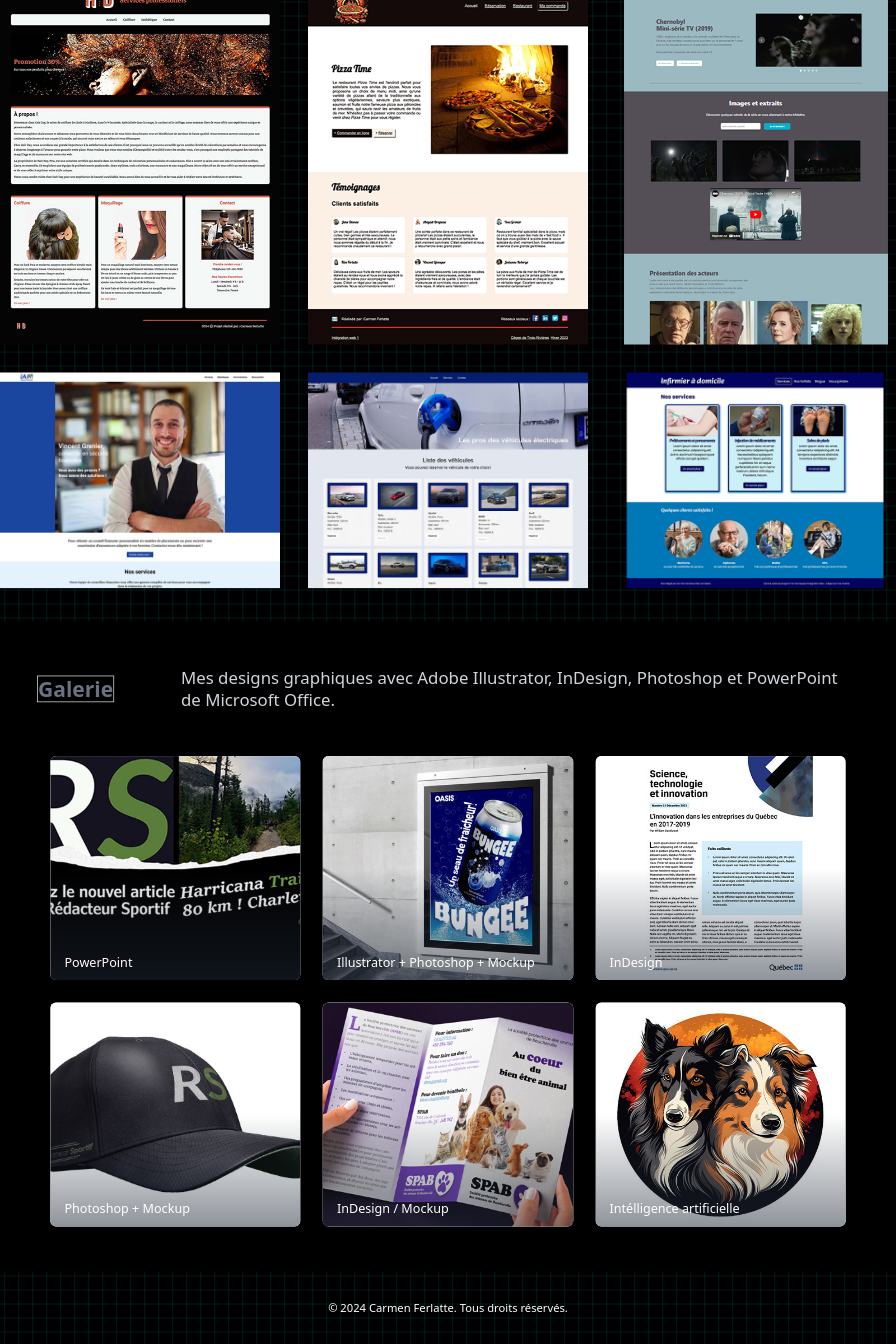
Repository: CarmenFerlatte/TP3__FerlatteCarmen
Page: realisations.html
These files come from the project's save history. The page is drawn as it stood at one moment and after the next save; the edit follows.
The browser window is 1280 px wide. The pictures show the part of the page from y = 1053 to 2973 px (the page is 2973 px tall), at 70% of full size.
Some web libraries are served in a nearby version. The style sheet was rebuilt from its Sass, Less or Tailwind sources for each picture, by a compiler version that may differ from the author's.

Above is the page before, as saved 2024-08-22 12:11:46.
Console error: TypeError: Cannot read properties of null (reading 'addEventListener')

### realisations.html
<!DOCTYPE html>
<html lang="fr-ca">
<head>
    <meta charset="UTF-8">
    <meta name="viewport" content="width=device-width, initial-scale=1.0">
    <link href="https://cdn.jsdelivr.net/npm/tailwindcss@2.2.19/dist/tailwind.min.css" rel="stylesheet">
    <title>Mon Portefolio</title>
    <script src="https://cdn.tailwindcss.com"></script>
    <link href="https://cdn.jsdelivr.net/npm/tailwindcss@2.2.19/dist/tailwind.min.css" rel="stylesheet">
    <link rel="stylesheet" href="https://cdnjs.cloudflare.com/ajax/libs/font-awesome/6.4.0/css/all.min.css">
    <link rel="stylesheet" href="style/css/style.css">
    <link rel="apple-touch-icon" sizes="180x180" href="img/favicons/apple-touch-icon.png">
    <link rel="icon" type="image/png" sizes="32x32" href="img/favicons/favicon-32x32.png">
    <link rel="icon" type="image/png" sizes="16x16" href="img/favicons/favicon-16x16.png">
    <link rel="manifest" href="img/favicons/site.webmanifest">
    <script src="https://code.jquery.com/jquery-3.6.0.min.js"></script>
    <script src="js/navbar.js" defer></script>
    <script src="js/script.js" defer></script>
    <script src="js/header.js" defer></script>
    <script src="js/install.js" defer></script>
    <script>
        $(function(){
            $("#header").load("assets/php/header.html");
            $("#footer").load("assets/php/footer.html");
        });
    </script>
</head>

<body class="bg-black text-white h-dvh">
    <header id="header"></header>

<main>
    <section class="md:h-full bg-black text-white py-8 sm:py-11 lg:py-12">
         <h1 class="text-2xl md:text-3xl lg:text-4xl xl:text-5xl font-bold text-center mt-20 border">Mes Réalisations</h1>
    <div class="container flex justify-center items-center mx-auto px-4 py-10 sm:py-20 md:py-4">

        <p class="text-sm sm:text-md md:text-base lg:text-1xl xl:text-2xl leading-6 text-left lg:py-20 px-5 md:px-2 lg:px-1 2xl:px-0 text-gray-200 border">Passionnée par le développement web 🖥  et le design 🎨, j'ai réalisé divers projets mettant en œuvre mes compétences 📑  en HTML , CSS, JavaScript et React. Ces technologies 👩‍💻 me permettent de créer des interfaces dynamiques 🚀 et interactives, alliant esthétisme et fonctionnalité. Parallèlement, j'explore ma créativité à travers des travaux de design élaborés avec la suite Adobe, où je m'applique avec enthousiasme 😃  à transformer des idées en visuels percutants. Mon approche multidisciplinaire me permet d'allier techniques de programmation et sens de l'esthétique <span><img class="w-7 inline-block align-middle" src="img/icons/design_web.svg" alt="icone design web"></span> , garantissant des projets non seulement performants mais également visuellement 👀 attrayants.  </p>

    </div>

<div class="container mx-auto px-4 py-1 md:py-5 md:mb-0 mt-[-10px] md:mt-0">
    <div class="grid grid-cols-12 gap-4 flex items-stretch px-5 md:px-2 lg:px-1">
        <div class="col-span-12 md:col-span-6 lg:col-span-4">
            <a href="#projets" title="Voir les projets">
                <div class="relative group cursor-pointer bg-gray-800 p-6 rounded-lg shadow-lg hover:bg-gray-700 hover:shadow-xl transition duration-300">
                    <h3 class="text-lg md:text-1xl lg:text-2xl font-bold text-gray-200">Développement Web</h3>
                    <p class="text-base md:text-lg lg:text-1xl  text-gray-300 mt-4 mb-1">Projets réalisés en HTML, CSS, JavaScript et React.</p>
                    <p class="flex">
                        <img src="img/icons/html5_icon.svg" alt="HTML5 icône" class="w-8 h-8 mt-2 mx-1">
                        <img src="img/icons/css3_icon.svg" alt="CSS3 icône" class="w-8 h-8 mt-2 mx-1">
                        <img src="img/icons/javascript_icon.svg" alt="JavaScript icône" class="w-7 h-7 mt-3 mx-1">
                        <img src="img/icons/react_native_icon.svg" alt="React icône" class="w-8 h-8 mt-3 mx-1">
                    </p>
                </div>
            </a>
        </div>

        <div class="col-span-12 md:col-span-6 lg:col-span-4 flex flex-col">
            <a href="#galerie" title="Voir les designs" class="flex-grow">
                <div class="relative group cursor-pointer bg-gray-800 p-6 rounded-lg shadow-lg hover:bg-gray-700 hover:shadow-xl transition duration-300 flex flex-col">
                    <h3 class="text-lg md:text-1xl lg:text-2xl font-bold text-gray-200 group">Design Graphique</h3>
                    <p class="text-base md:text-lg lg:text-1xl text-gray-300 mt-4 mb-1">Designs graphiques avec la suite Adobe et PowerPoint.</p>
                    <div class="flex">
                        <img src="img/icons/adobe-illustrator_icon.svg" alt="Illustrator icône" class="w-8 h-8 mt-2 mx-1">
                        <img src="img/icons/adobe_photoshop_icon.svg" alt="Photoshop icône" class="w-8 h-8 mt-2 mx-1">
                        <img src="img/icons/adobe_indesign_icon.svg" alt="InDesign icône" class="w-8 h-8 mt-2 mx-1">
                        <img src="img/icons/adobe-xd_icon.svg" alt="XD icône" class="w-8 h-8 mt-2 mx-1">
                        <img src="img/icons/Adobe_Acrobat_Reader_icon.svg" alt="Acrobat Reader icône" class="w-6 h-6 mt-3 mx-1">
                        <img src="img/icons/microsoft_powerpoint_icon.svg" alt="PowerPoint icône" class="w-8 h-8 mt-2 mx-1">
                    </div>
                </div>
            </a>
        </div>

        <div class="col-span-12 md:col-span-6 lg:col-span-4 flex flex-col">
            <a href="#galerie" title="Voir les projets" class="flex-grow">
                <div class="relative group cursor-pointer bg-gray-800 p-6 rounded-lg shadow-lg hover:bg-gray-700 hover:shadow-xl transition duration-300 flex flex-col">
                    <h3 class="text-lg md:text-1xl lg:text-2xl font-bold text-gray-200">Intelligence Artificielle</h3>
                    <p class="text-base md:text-lg lg:text-2xl text-gray-300 mt-4 mb-1">Création de logos avec l'intelligence artificielle.</p>
                    <div class="flex">
                        <img src="img/icons/intelligence_artificielle_icon.svg" alt="PowerPoint icône" class="w-8 h-8 mt-2 mx-1">
                    </div>
                </div>
            </a>
        </div>
    </div>
</div>


    </section>

    <section class="cyber-grid h-full">
        <div class="w-10/12 lg:w-11/12 mx-auto pt-10 flex items-end space-x-4">
            <h2 id="projets" class="text-2xl md:text-3xl lg:text-4xl font-bold text-gray-500 lg:text-3xl dark:text-white">Projets</h2>
            <p class="text-1xl md:text-2xl text-gray-300 dark:text-gray-300">
                Projets réalisés en html, css et JavaScript.
                </p>
        </div>
    <div class="container mx-auto py-8 md:mt-2 px-2 md:px-2 lg:px-0">

        <div class="grid grid-cols-1 md:grid-cols-2 lg:grid-cols-3 gap-10 p-4 w-full mx-auto place-items-start px-10 sm:px-0">
            <img class="hover:opacity-75" src="img/screenshots/2024__projet__salon_de_coiffure.jpg" alt="image">
            <img class="hover:opacity-75" src="img/screenshots/2024__projet__restaurant.png" alt="image">
            <img class="hover:opacity-75" src="img/screenshots/2024__projet_cinema.png" alt="image">
            <img class="hover:opacity-75" src="img/screenshots/2024__projet__vincent_grenier_w600.jpg" alt="image">
            <img class="hover:opacity-75" src="img/screenshots/mon_premier_projet_react.jpg" alt="image">
            <img class="hover:opacity-75" src="img/screenshots/2023__projet__soins_infirmiers.png" alt="image">
        </div>
    </div>
</section>
    <section class="dark:bg-gray-800 h-full">

        <div class="w-10/12 lg:w-11/12 mx-auto my-16 flex items-center space-x-4">

            <h2 id="galerie" class="text-3xl md-text-4xl font-bold text-gray-500 dark:text-white border">Galerie</h2>

            <p class="text-1xl md:text-2xl text-gray-300 dark:text-gray-300 lg:pl-20">
                Mes designs graphiques avec Adobe Illustrator, InDesign, Photoshop et PowerPoint de Microsoft Office.
            </p>
        </div>

    <div class="mx-auto h-auto max-w-screen-2xl px-4 md:px-8 mb-16 mt-auto">

        <div class="grid grid-cols-1 md:grid-cols-2 lg:grid-cols-3 mx-10 gap-4 md:gap-6 xl:gap-8">
            <!-- image - start -->
            <a href="https://le-redacteur-sportif.ca/harricana_trail_2023.html" title="Le Rédacteur Sportif" target="_blank" rel="noopener noreferrer"
                class="group relative flex items-end h-72 md:h-80 overflow-hidden rounded-lg bg-gray-100 shadow-lg">
                <img src="img/design/harricana_trail_80km__charlevoix__Vincent_Greniert.jpg" loading="lazy" alt="Projet Carmen Ferlatte Adobe InDesign (brochure)" class="absolute inset-0 h-full w-full object-cover object-center transition duration-200 group-hover:scale-110">

                <div
                    class="pointer-events-none absolute inset-0 bg-gradient-to-t from-gray-800 via-transparent to-transparent opacity-50">
                </div>

                <span class="relative ml-4 mb-3 inline-block text-sm text-white md:ml-5 md:text-lg">PowerPoint</span>
            </a>
            <!-- image - end -->

            <!-- image - start -->
            <div
                class="group relative flex items-end h-72 md:h-48 overflow-hidden rounded-lg bg-gray-100 shadow-lg md:h-80">
                <img src="img/design/05__affiche_bungee__Carmen_Ferlatte.jpg" loading="lazy" alt="Projet Carmen Ferlatte Adobe Illustrator (affiche)" class="absolute inset-0 h-full w-full object-cover object-center transition duration-200 group-hover:scale-110">

                <div
                    class="pointer-events-none absolute inset-0 bg-gradient-to-t from-gray-800 via-transparent to-transparent opacity-50">
                </div>

                <span class="relative ml-4 mb-3 inline-block text-sm text-white md:ml-5 md:text-lg">Illustrator + Photoshop + Mockup</span>
            </div>
            <!-- image - end -->

            <!-- image - start -->
            <div
                class="group relative flex items-end h-72 md:h-48 overflow-hidden rounded-lg bg-gray-100 shadow-lg md:h-80">
                <img src="img/design/exercice_inDesign__Carmen_Ferlatte.jpg" loading="lazy" alt="Photo by Magicle" class="absolute inset-0 h-full w-full object-cover object-center transition duration-200 group-hover:scale-110">

                <div
                    class="pointer-events-none absolute inset-0 bg-gradient-to-t from-gray-800 via-transparent to-transparent opacity-50">
                </div>

                <span class="relative ml-4 mb-3 inline-block text-sm text-white md:ml-5 md:text-lg">InDesign</span>
            </div>
            <!-- image - end -->

            <!-- image - start -->
            <a href="https://le-redacteur-sportif.ca/harricana_trail_2023.html" title="Le Rédacteur Sportif" target="_blank" rel="noopener noreferrer"
                class="group relative flex items-end h-72 md:h-48 overflow-hidden rounded-lg bg-gray-100 shadow-lg md:h-80">
                <img src="img/design/casquette__RS__w1200.jpg" loading="lazy" alt="Affiche médias sociaux PowerPoint / Carmen Ferlatte" class="absolute inset-0 h-full w-full object-cover object-center transition duration-200 group-hover:scale-110">

                <div
                    class="pointer-events-none absolute inset-0 bg-gradient-to-t from-gray-800 via-transparent to-transparent opacity-50">
                </div>

                <span class="relative ml-4 mb-3 inline-block text-sm text-white md:ml-5 md:text-lg">Photoshop + Mockup</span>
            </a>
            <!-- image - end -->

            <!-- image - start -->
            <div
                class="group relative flex h-72 md:h-48 items-end overflow-hidden rounded-lg bg-gray-100 shadow-lg md:h-80">
                <img src="img/design/projet__brochure__spa__450x345.jpg" loading="lazy" alt="Brochure InDesign et Mockup / Carmen Ferlatte" class="absolute inset-0 h-full w-full object-cover object-center transition duration-200 group-hover:scale-110">

                <div
                    class="pointer-events-none absolute inset-0 bg-gradient-to-t from-gray-800 via-transparent to-transparent opacity-50">
                </div>

                <span class="relative ml-4 mb-3 inline-block text-sm text-white md:ml-5 md:text-lg">InDesign / Mockup</span>
            </div>
            <!-- image - end -->
             <!-- image - start -->
            <div
                class="group relative flex h-72 md:h-48 items-end overflow-hidden rounded-lg bg-gray-100 shadow-lg md:h-80">
                <img src="img/design/logo_colley_carmen_ferlatte.jpg" loading="lazy" alt="Logo fait avec l'Intélligence artificielle / Carmen Ferlatte" class="absolute inset-0 h-full w-full object-cover object-center transition duration-200 group-hover:scale-110">

                <div
                    class="pointer-events-none absolute inset-0 bg-gradient-to-t from-gray-800 via-transparent to-transparent opacity-50">
                </div>

                <span class="relative ml-4 mb-3 inline-block text-sm text-white md:ml-5 md:text-lg">Intélligence artificielle</span>
            </div>
            <!-- image - end -->
        </div>
    </div>
</section>
</main>

   <footer id="footer" class="block clear-both mt-16"></footer>
</body>
</html>

### js/header.js
// Header and footer loading script

$(function () {
    $('#header').load('assets/php/header.html', function() {
        let navbar = document.querySelector('.bg-animated');
        if (navbar) {
            let lastScrollTop = 0;

            window.addEventListener('scroll', function () {
                let scrollTop = window.scrollY || document.documentElement.scrollTop;
                if (scrollTop > lastScrollTop) {
                    // Scroll down
                    navbar.classList.add('navbar-hidden');
                } else {
                    // Scroll up
                    navbar.classList.remove('navbar-hidden');
                }

                    lastScrollTop = scrollTop;
            });
        } else {
            console.error('Navbar not found');
        }
    });
    $('#footer').load('assets/php/footer.html', function (response, status, xhr) {
        if (status === "error") {
            console.error("Erreur de chargement du pied de page: " + xhr.status + " " + xhr.statusText);
        } else {
            console.log("Le pied de page a été chargé avec succès");
        }
    });
});

### js/install.js
// Description: Script pour l'installation de la PWA

let deferedInstallPrompt = null;
    const installButton = document.getElementById('butInstall');

    installButton.addEventListener('click', installPWA);

    window.addEventListener('beforeInstallPrompt', afficherButtonInstall);

    function afficherBoutonInstall(evt) {
        deferedInstallPrompt = evt;
        installButton.removeAttribute('hidden');
    }

    function installPWA(evt) {
        deferedInstallPrompt.prompt();
        evt.srcElement.setAttribute('hidden', true);
        deferedInstallPrompt.userChoice
            .then((choice) => {
                if (choice.outcome === 'accepted') {
                    console.log("L'usager a installé la PWA VIA le mon bouton d'installation", choice);
                } else {
                    console.log("Lusager a refusé l'installation de la PWA VIA le boutton d'installation", choice);
                }
                deferedInstallPrompt = null;
            });

        function logAppInstalled(evt) {
            console.log("L'usager a installé la PWA VIA Les ... de Chrome");
    }
 };

### assets/php/header.html
<header>
  <nav class="bg-animated cyber-grid fixed w-full z-50">
    <div class="w-full mx-auto px-6 md:px-10">
      <div class="flex justify-between items-center py-6">
        <a
          href="index.html"
          class="text-xl sm:text-1xl lg:text-2xl font-bold neon-text glitch-effect"
          data-text="Carmen Ferlatte"
          >Carmen Ferlatte</a
        >
        <label for="menu-toggle">Portefolio</label>
        <input type="checkbox" id="menu-toggle" class="hidden" />
        <label for="menu-toggle" class="menu-icon cursor-pointer md:hidden">
          <span class="hamburger"></span>
        </label>
        <ul class="menu hidden md:flex md:items-center space-x-10">
          <li>
            <a href="index.html" class="nav-link" data-text="Accueil"
              >Accueil</a
            >
          </li>
          <li>
            <a
              href="realisations.html"
              class="nav-link"
              data-text="Réalisations"
              >Réalisations</a
            >
          </li>
          <li>
            <a href="contact.html" class="nav-link" data-text="Contact"
              >Contact</a
            >
          </li>
          <!-- <li><a href="#" class="bg-gradient-to-r from-cyan-500 to-blue-500 text-white font-bold py-2 px-4 rounded hover:from-cyan-600 hover:to-blue-600 transition-all duration-300">Sign Up</a></li> -->
        </ul>
      </div>
    </div>
  </nav>
</header>

### assets/php/footer.html
<footer class="cyber-grid">
    <div class="container mx-auto px-4 py-10">
        <p class="text-center text-white">© 2024 Carmen Ferlatte. Tous droits réservés.</p>
   </div>
</footer>

### style/sass/style.scss
@use "navbar" as *;

### style/sass/_navbar.scss
@keyframes neon-pulse {
    0%, 100% {
        text-shadow: 0 0 5px #fff, 0 0 10px #fff, 0 0 15px #fff, 0 0 20px #0891b2, 0 0 35px #0891b2, 0 0 40px #0891b2, 0 0 50px #0891b2, 0 0 75px #0891b2;
    }
    50% {
        text-shadow: 0 0 2px #fff, 0 0 5px #fff, 0 0 7px #fff, 0 0 10px #0891b2, 0 0 17px #0891b2, 0 0 20px #0891b2, 0 0 25px #0891b2, 0 0 37px #0891b2;
    }
}

.neon-text {
    animation: neon-pulse 1.5s infinite alternate;
}

.bg-animated {
    background: linear-gradient(-45deg, #000000, #1a1a1a, #000033, #003366);
    background-size: 400% 400%;
    animation: gradient 15s ease infinite;
}

@keyframes gradient {
    0% { background-position: 0% 50%; }
    50% { background-position: 100% 50%; }
    100% { background-position: 0% 50%; }
}

.cyber-grid {
    background-image:
        linear-gradient(rgba(0, 255, 255, 0.1) 1px, transparent 1px),
        linear-gradient(90deg, rgba(0, 255, 255, 0.1) 1px, transparent 1px);
    background-size: 20px 20px;
    animation: cyber-grid-move 20s linear infinite;
}

@keyframes cyber-grid-move {
    0% { background-position: 0 0; }
    100% { background-position: 20px 20px; }
}



.nav-link {
    position: relative;
    overflow: hidden;

        &::before {
            content: '';
            position: absolute;
            bottom: 0;
            left: 0;
            width: 100%;
            height: 2px;
            background-color: #0891b2;
            transform: translateX(-100%);
            transition: transform 0.3s ease;
        }

       &:hover::before {
            transform: translateX(0);
        }

        &::after {
            content: attr(data-text);
            position: absolute;
            top: 0;
            left: 0;
            width: 100%;
            height: 100%;
            display: flex;
            align-items: center;
            justify-content: center;
            transform: translateY(100%);
            background: linear-gradient(to bottom, #0891b2, #3e43cb);
            -webkit-background-clip: text;
            background-clip: text;
            -webkit-text-fill-color: transparent;
            transition: transform 0.3s ease;
        }

        &:hover::after {
            transform: translateY(0);
        }
}


.glitch-effect {
    position: relative;

    &::before,
    &::after {
        content: attr(data-text);
        position: absolute;
        top: 0;
        left: 0;
        width: 100%;
        height: 100%;
        opacity: 0.8;
    }

    &::before {
        left: 2px;
        text-shadow: -2px 0 #ff00de;
        clip: rect(24px, 550px, 90px, 0);
        animation: glitch-anim 3s infinite linear alternate-reverse;
    }

    &::after {
        left: -2px;
        text-shadow: -2px 0 #0891b2;
        clip: rect(85px, 550px, 140px, 0);
        animation: glitch-anim 2s infinite linear alternate-reverse;
    }

}



@keyframes glitch-anim {
    0% { clip: rect(39px, 9999px, 71px, 0); }
    20% { clip: rect(3px, 9999px, 5px, 0); }
    40% { clip: rect(6px, 9999px, 38px, 0); }
    60% { clip: rect(13px, 9999px, 43px, 0); }
    80% { clip: rect(44px, 9999px, 93px, 0); }
    100% { clip: rect(54px, 9999px, 47px, 0); }
}

#menu-toggle {
    &:checked {
        ~ .menu {
            display: block;
        }

        ~ .menu-icon {
            .hamburger {
                transform: rotate(45deg);

                &::before {
                    transform: translateY(8px) rotate(90deg);
                }

                &::after {
                    transform: translateY(-8px) rotate(90deg);
                }
            }
        }
    }
}

.hamburger,
.hamburger::before,
.hamburger::after {
    content: '';
    display: block;
    background: #0891b2;
    height: 3px;
    width: 30px;
    transition: transform 0.5s cubic-bezier(0.23, 1, 0.32, 1);
}

.hamburger {
    &::before {
        transform: translateY(-8px);
    }

    &::after {
        transform: translateY(8px);
    }
}

@media (max-width: 768px) {
    .menu {
        position: fixed;
        top: 60px;
        left: 0;
        right: 0;
        width: 100%;
        height: 0;
        background: rgba(0, 0, 0, 0.9);
        overflow: hidden;
        transition: height 0.5s cubic-bezier(0.23, 1, 0.32, 1);
        text-align: right;
        padding-right: 20px;
        padding-top: 20px;

        a {
            display: block;
            font-size: 1.2rem;
            padding: 10px 0;
            text-decoration: underline 2px #0891b2;

            &:hover {
                color: #0891b2;
                text-decoration: none;
                cursor: pointer;
            }
        }
    }

    #menu-toggle:checked ~ .menu {
        height: calc(100vh - 60px);
    }
}

@media (max-width: 640px) {
    .no-glitch {
        animation: none !important;
    }
}

/*-------------Invisible Navbar-------------*/

.navbar-hidden {
    transform: translateY(-100%);
    transition: transform 0.3s ease-in-out;
}

Loaded but not shown: js/script.js (33 lines, source omitted); js/navbar.js (30 lines, source omitted)

After the next save:
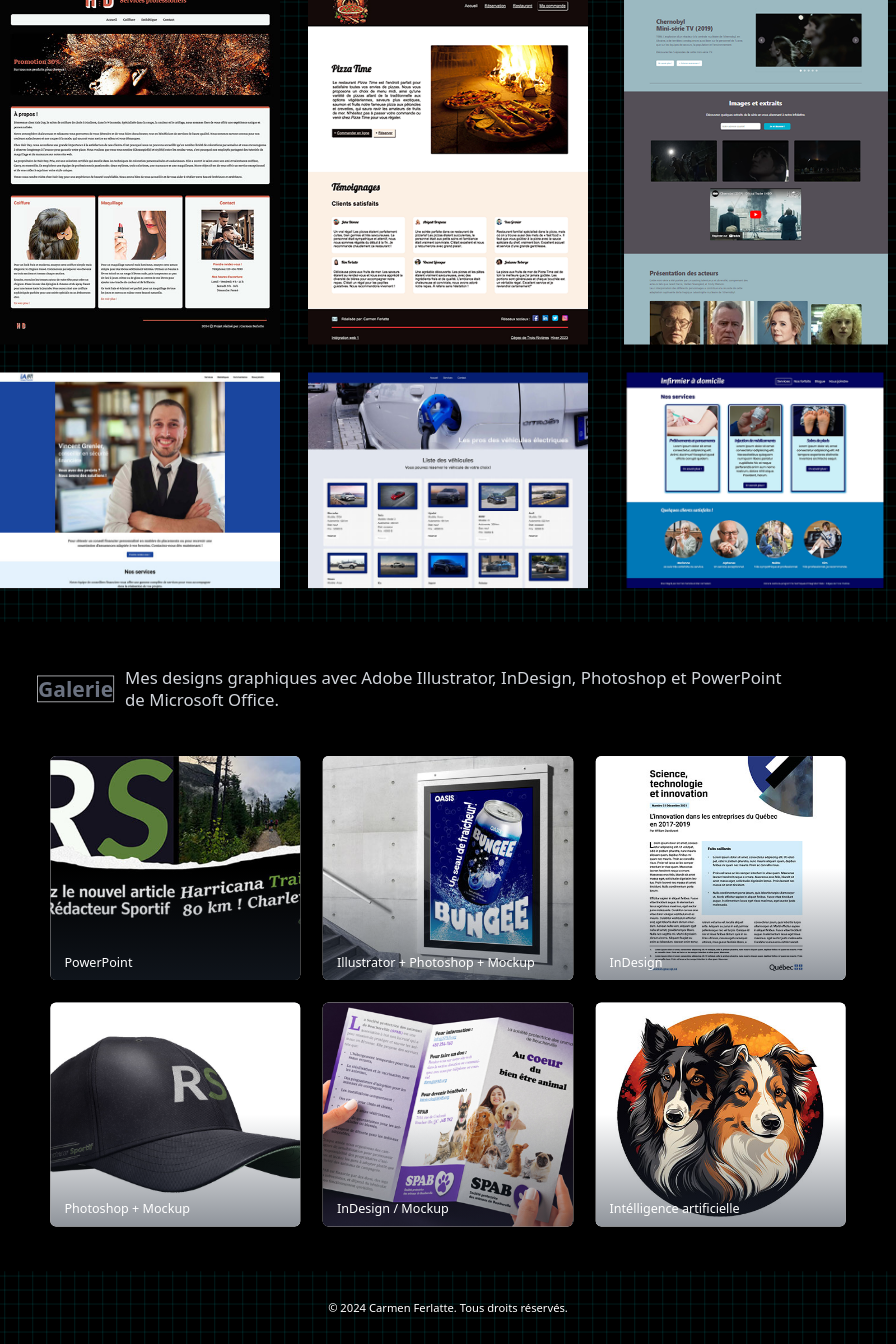
Saved 25 s later.
--- a/realisations.html
+++ b/realisations.html
@@ -114,7 +114,7 @@
 
             <h2 id="galerie" class="text-3xl md-text-4xl font-bold text-gray-500 dark:text-white border">Galerie</h2>
 
-            <p class="text-1xl md:text-2xl text-gray-300 dark:text-gray-300 lg:pl-20">
+            <p class="text-1xl md:text-2xl text-gray-300 dark:text-gray-300 lg:pr-20">
                 Mes designs graphiques avec Adobe Illustrator, InDesign, Photoshop et PowerPoint de Microsoft Office.
             </p>
         </div>
